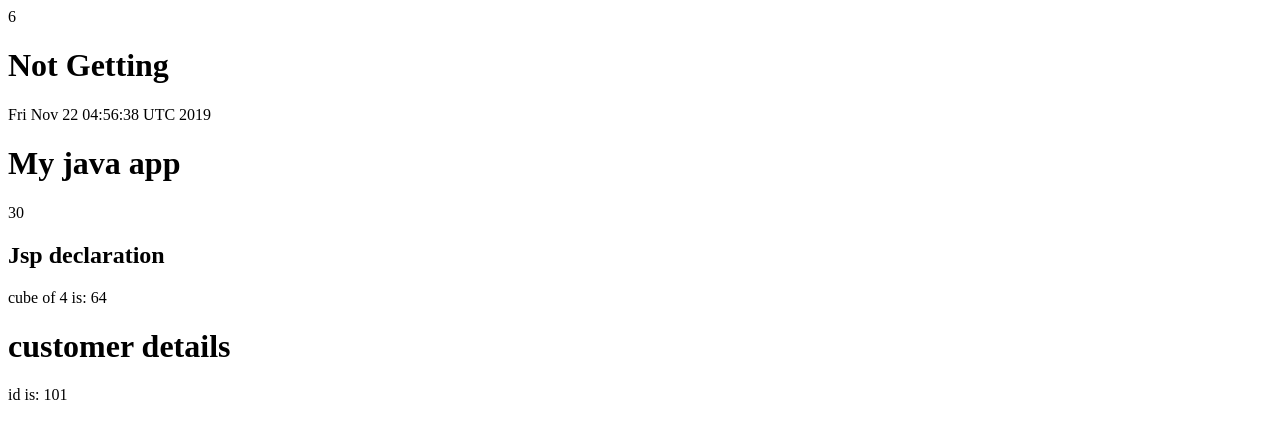
Repository: Vikas333/slk2
Page: http://localhost/Testproject/Test.jsp
These files come from the project's save history. The page is drawn as it stood at one moment and after the next save; the edit follows.
The browser window is 1280 px wide. The pictures show the whole page.
The page is served by Tomcat 9.

Above is the page before, as saved 2019-11-22 05:45:58.

### Testproject/WebContent/Test.jsp
<%@ page language="java" contentType="text/html; charset=ISO-8859-1"
    pageEncoding="ISO-8859-1"%>
    <%@ page import ="com.slk.beam.Customer" %>

<!DOCTYPE html PUBLIC "-//W3C//DTD HTML 4.01 Transitional//EN" "http://www.w3.org/TR/html4/loose.dtd">
<html>
<head>
<meta http-equiv="Content-Type" content="text/html; charset=ISO-8859-1">
<title>Insert title here</title>
</head>
<body>
<%=2+4 %>
<h1>Not Getting</h1>
<%=new java.util.Date() %>

<h1>My java app</h1>
<%
int a=10,b=20,c;
c=a+b;
%>
<%=c %>

<h2> Jsp declaration</h2>
<%!
int cube(int n)
{
return n*n*n;
}
%>


<%= "cube of 4 is:  "+cube(4) %>




<h1>customer details</h1>
<%

Customer c1=new Customer();
c1.setCustId(101);
c1.setName("vi");
c1.setAddress("hyg");

%>
<%= "id is: "+c1.getCustId()%>



















</body>
</html>

### Testproject/src/com/slk/beam/Customer.java
package com.slk.beam;

public class Customer {
   private int CustId;
   private String name;
   private String address;
public int getCustId() {
	return CustId;
}
public void setCustId(int custId) {
	CustId = custId;
}
public String getName() {
	return name;
}
public void setName(String name) {
	this.name = name;
}
public String getAddress() {
	return address;
}
public void setAddress(String address) {
	this.address = address;
}
}

After the next save:
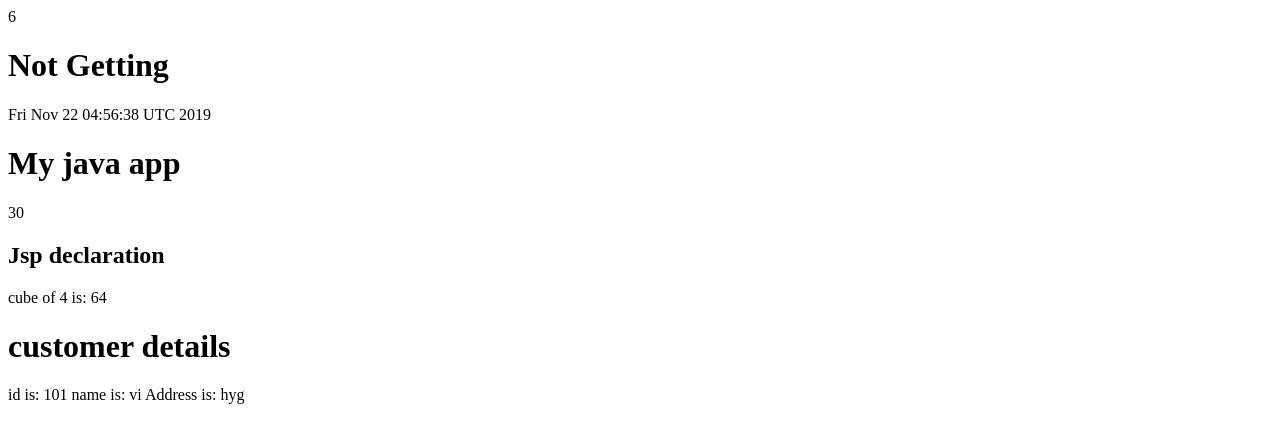
Saved 3 min 21 s later.
--- a/Testproject/WebContent/Test.jsp
+++ b/Testproject/WebContent/Test.jsp
@@ -44,7 +44,8 @@ c1.setAddress("hyg");
 
 %>
 <%= "id is: "+c1.getCustId()%>
-
+<%= "name is: "+c1.getName()%>
+<%= "Address is: "+c1.getAddress()%>
 
 
 
